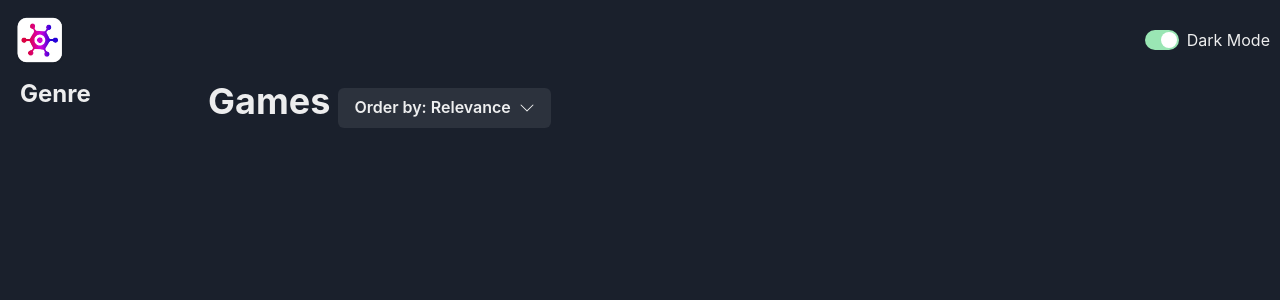
Repository: heyCaroline/game-hub
Page: /
The author's editor kept a copy of each file at every save. The page is drawn from the files as they stood at one save, then again after the next save.
The browser window is 1280 px wide. The pictures show the whole page.
The page's requests for data from a server got no answer. The project was rebuilt for these pictures with package versions that can differ from the ones it lists, and the page was loaded fresh each time. No one was signed in, and anything a server would have sent is missing. Also part of the build but not shown: vite.config.ts, src/components/PlatformIconList.tsx, src/components/CriticScore.tsx, src/components/GameCard.tsx.

Above is the page before, as saved 2025-05-23 17:33:30.

After the next save:
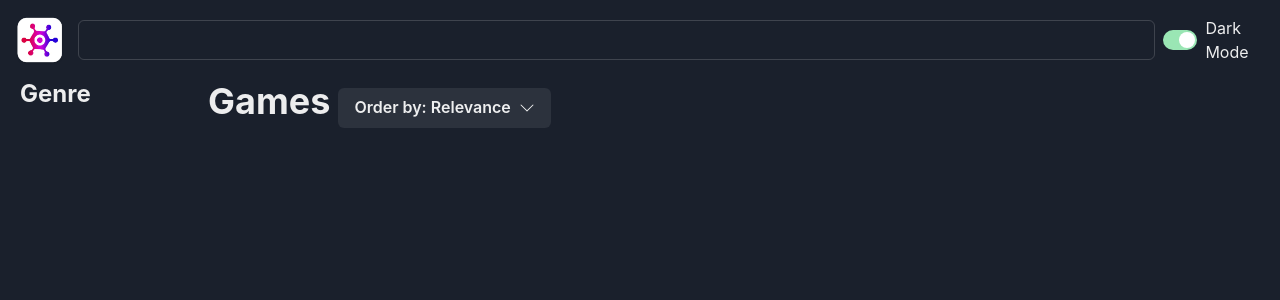
Saved 31 s later.
--- a/src/components/NavBar.tsx
+++ b/src/components/NavBar.tsx
@@ -2,10 +2,12 @@ import { HStack } from "@chakra-ui/react";
 import logo from "../assets/logo.webp";
 import { Image } from "@chakra-ui/react";
 import ColorModeSwitch from "./ColorModeSwitch";
+import SearchInput from "./SearchInput";
 const NavBar = () => {
   return (
     <HStack justifyContent="space-between" padding="10px">
       <Image src={logo} boxSize="60px" />
+      <SearchInput></SearchInput>
       <ColorModeSwitch />
     </HStack>
   );
